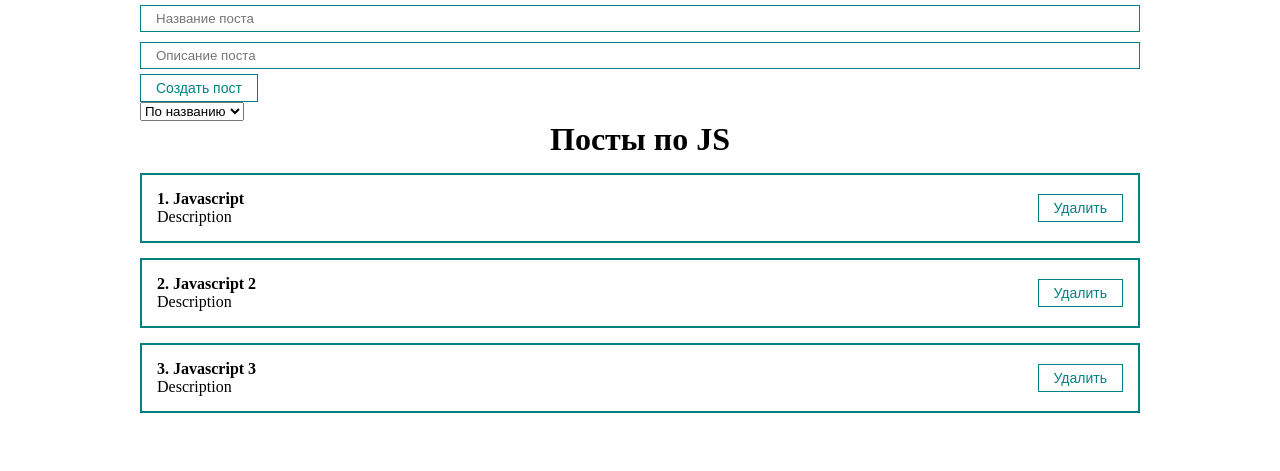
Repository: otvertka/ulb
Page: /
The author's editor kept a copy of each file at every save. The page is drawn from the files as they stood at one save, then again after the next save.
The browser window is 1280 px wide. The pictures show the whole page.
The project was rebuilt for these pictures with package versions that can differ from the ones it lists, and the page was loaded fresh each time. Also part of the build but not shown: src/components/Counter.jsx, src/components/ClassCounter.jsx.

Above is the page before, as saved 2023-06-12 11:19:53.

### public/index.html
<!DOCTYPE html>
<html lang="en">
  <head>
    <meta charset="utf-8" />
    <meta name="viewport" content="width=device-width, initial-scale=1" />

    <title>React App</title>
  </head>
  <body>
    <noscript>You need to enable JavaScript to run this app.</noscript>
    <div id="root">
      <!-- ЗДЕСЬ БУДЕТ НАШЕ JS ПРИЛОЖЕНИЕ -->
    </div>
  </body>
</html>

### src/index.js
import React from "react";
import ReactDOM from "react-dom";
import App from "./App";

// const root = ReactDOM.createRoot(document.getElementById("root"));
// root.render(<App />);
ReactDOM.render(<App />, document.getElementById("root"));

### src/App.js
import React, { useState, useRef } from "react";

import Counter from "./components/Counter";
import ClassCounter from "./components/ClassCounter";
import "./styles/App.css";
import PostItem from "./components/PostItem";
import PostList from "./components/PostList";
import MyButton from "./components/UI/button/MyButton";
import MyInput from "./components/UI/input/MyInput";
import PostForm from "./components/PostForm";

function App() {
  const [posts, setPosts] = useState([
    { id: 1, title: "Javascript", body: "Description" },
    { id: 2, title: "Javascript 2", body: "Description" },
    { id: 3, title: "Javascript 3", body: "Description" },
  ]);

  const createPost = (newPost) => {
    setPosts([...posts, newPost]);
  };

  // Получаем post из дочернего компонента
  const removePost = (post) => {
    setPosts(posts.filter((p) => p.id !== post.id));
  };
  // импортируем компонент
  return (
    <div className="App">
      {/* передаём в компонент функцию обратного вызова, чтобы добавить в родительский массив дочерний новый элемент */}
      <PostForm create={createPost} />
      <div>
        <select>
          <option value="value1">По названию</option>
          <option value="value2">По описанию</option>
        </select>
      </div>
      {posts.length !== 0 ? (
        <PostList remove={removePost} posts={posts} title="Посты по JS" />
      ) : (
        <h2 style={{ textAlign: "center" }}>Посты не найдены !</h2>
      )}
    </div>
  );
}

export default App;

### src/styles/App.css
* {
  margin: 0;
  padding: 0;
  box-sizing: border-box;
}

/* Рут- блок из index.html */
#root {
  display: flex;
  justify-content: center;
}

.App {
  width: 1000px;
}

.post {
  display: flex;
  padding: 15px;
  border: 2px solid teal;
  margin-top: 15px;
  justify-content: space-between;
  align-items: center;
}

### src/components/PostItem.jsx
import React from "react";
import MyButton from "./UI/button/MyButton";

// Props - входные данные в контексте Реакта. Можно представлять, что это аргумент функции, в кот. мы можем что-то передавать снаружи
const PostItem = (props) => {
  // console.log(props);
  return (
    <div className="post">
      <div className="post__content">
        <strong>
          {props.number}. {props.post.title}
        </strong>
        <div>{props.post.body}</div>
      </div>
      <div className="post__btns">
        <MyButton onClick={() => props.remove(props.post)}>Удалить</MyButton>
      </div>
    </div>
  );
};

export default PostItem;

### src/components/PostList.jsx
import React from "react";
import PostItem from "./PostItem";

const PostList = ({ posts, title, remove }) => {
  return (
    <div>
      <h1 style={{ textAlign: "center" }}>{title}</h1>
      {posts.map((post, index) => (
        <PostItem
          remove={remove}
          number={index + 1}
          post={post}
          key={post.id}
        />
      ))}
    </div>
  );
};

export default PostList;

### src/components/UI/button/MyButton.jsx
import React from "react";
import classes from "./MyButton.module.css";

const MyButton = ({ children, ...props }) => {
  return (
    //
    <button {...props} className={classes.myBtn}>
      {children}
    </button>
  );
};

export default MyButton;

### src/components/UI/input/MyInput.jsx
import React from "react";
import classes from "./MyInput.module.css";

const MyInput = React.forwardRef((props, ref) => {
  return (
    //
    <input ref={ref} className={classes.myInput} {...props} />
  );
});

export default MyInput;

### src/components/PostForm.jsx
import React, { useState } from "react";
import MyInput from "./UI/input/MyInput";
import MyButton from "./UI/button/MyButton";

const PostForm = ({ create }) => {
  const [post, setPost] = useState({ title: "", body: "" });

  const addNewPost = (e) => {
    e.preventDefault();

    const newPost = { ...post, id: Date.now() };
    create(newPost);
    setPost({ title: "", body: "" });
  };
  return (
    <form>
      {/* Управляемый компонент */}
      <MyInput
        value={post.title}
        onChange={(e) => setPost({ ...post, title: e.target.value })}
        type="text"
        placeholder="Название поста"
      ></MyInput>
      {/* Неуправляемый\ Неконтролируемый компонент */}
      <MyInput
        value={post.body}
        onChange={(e) => setPost({ ...post, body: e.target.value })}
        type="text"
        placeholder="Описание поста"
      ></MyInput>
      <MyButton onClick={addNewPost}>Создать пост</MyButton>
    </form>
  );
};

export default PostForm;

Loaded but not shown: src/components/UI/button/MyButton.module.css (common file); src/components/UI/input/MyInput.module.css (common file)

After the next save:
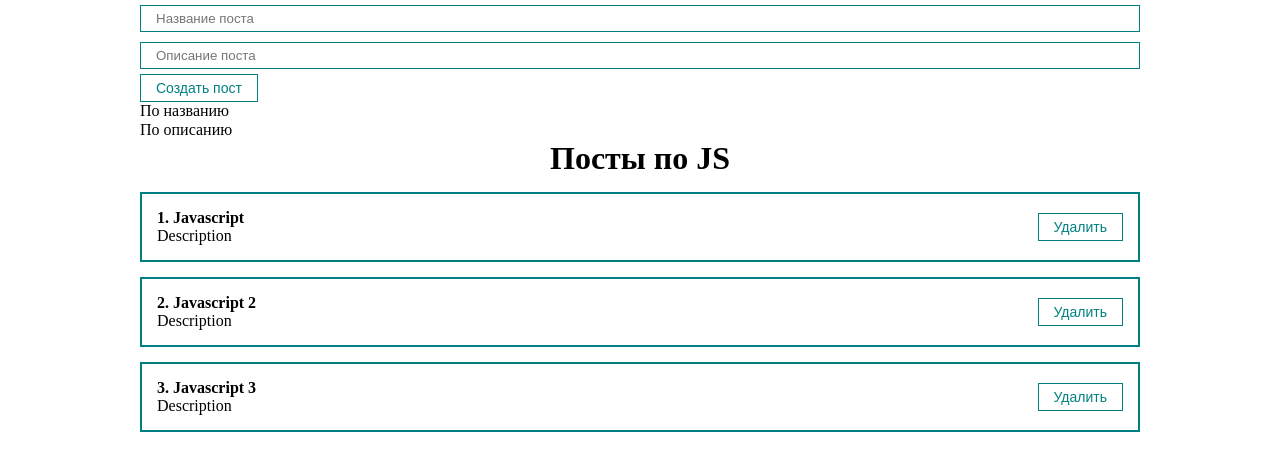
Saved 67 s later.
--- a/src/App.js
+++ b/src/App.js
@@ -30,10 +30,10 @@ function App() {
       {/* передаём в компонент функцию обратного вызова, чтобы добавить в родительский массив дочерний новый элемент */}
       <PostForm create={createPost} />
       <div>
-        <select>
+        <selec style={{ margin: "15px 0" }}>
           <option value="value1">По названию</option>
           <option value="value2">По описанию</option>
-        </select>
+        </selec>
       </div>
       {posts.length !== 0 ? (
         <PostList remove={removePost} posts={posts} title="Посты по JS" />
